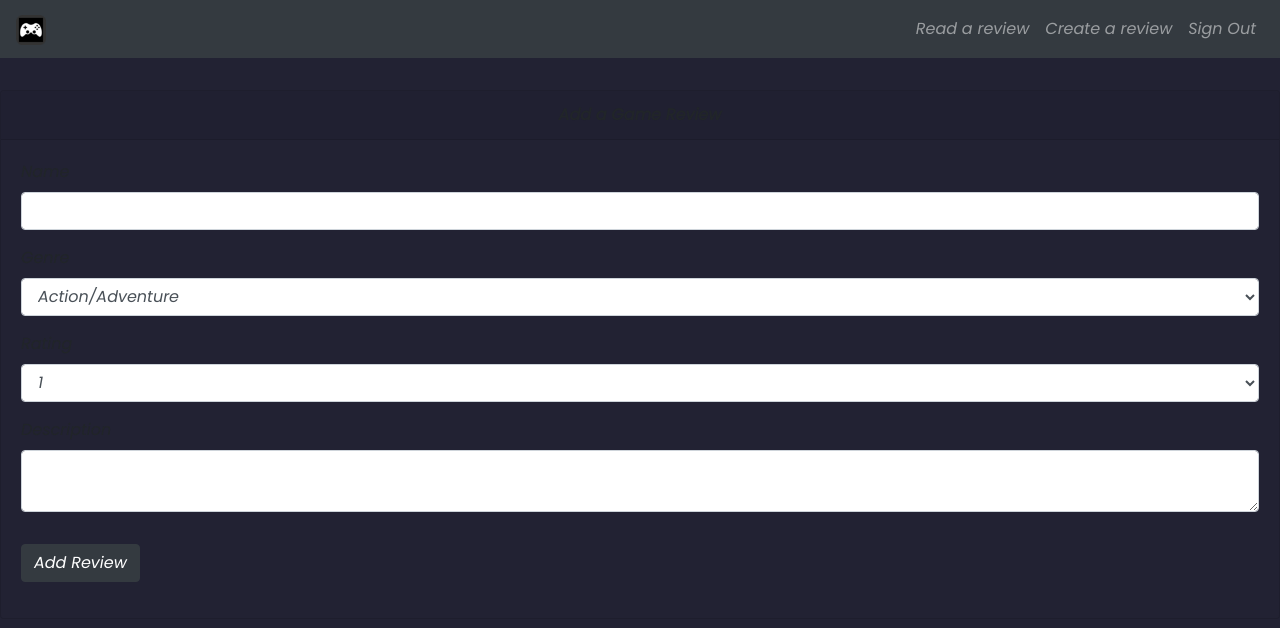
Repository: amit238/milestone-project-3
Page: http://localhost/addreview
The author's editor kept a record of every edit. The page is drawn from the files as they stood at one moment, then again after the next edit.
The browser window is 1280 px wide. The pictures show the whole page.
Some web libraries are served in a nearby version. The page is served by the project's application, run on Flask 3 (app.py). The session is filled in as if someone had signed in: {"username": "testuser", "logged_in": true}.

Above is the page before.

### templates/addreview.html
{% extends 'base.html'%} {% block content %}

<div class="card mb-4 form-bg thick-border">
    <div class="card-header center-header"><span class="review-title"><strong>Add a Game Review</strong></span></div>
    <div class="card-body">
        <div class="row">
            <div class="col-12">
                <!--wtform to add new review to the db-->
                <form method="POST" action="">
                    {{ form.hidden_tag() }}
                    <fieldset class="form-group">

                        <div class="form-group">
                            {{ form.name.label(class="form-control-label") }}
                            {% if form.name.errors %}<!--checking for invalid input and message user-->
                            {{ form.name(class="form-control form-control is-invalid") }}
                            <div class="invalid-feedback">
                                {% for error in form.name.errors %}
                                <span>{{ error }}</span>
                                {% endfor %}
                            </div>
                            {% else %}
                            {{ form.name(class="form-control form-control") }}
                            {% endif %}
                        </div>

                        <div class="form-group">
                                {{ form.genre.label(class="form-control-label") }}
                                {% if form.genre.errors %}
                                {{ form.genre(class="form-control form-control is-invalid") }}
                                <div class="invalid-feedback"><!--checking for invalid input and message user-->
                                    {% for error in form.genre.errors %}
                                    <span>{{ error }}</span>
                                    {% endfor %}
                                </div>
                                {% else %}
                                {{ form.genre(class="form-control form-control") }}
                                {% endif %}
                            </div>

                            <div class="form-group">
                                {{ form.rating.label(class="form-control-label") }}
                                {% if form.rating.errors %}
                                {{ form.rating(class="form-control form-control is-invalid") }}
                                <div class="invalid-feedback"><!--checking for invalid input and message user-->
                                    {% for error in form.rating.errors %}
                                    <span>{{ error }}</span>
                                    {% endfor %}
                                </div>
                                {% else %}
                                {{ form.rating(class="form-control form-control") }}
                                {% endif %}
                            </div>

                             <div class="form-group">
                                {{ form.description.label(class="form-control-label") }}
                                {% if form.description.errors %}
                                {{ form.description(class="form-control form-control is-invalid") }}
                                <div class="invalid-feedback"><!--checking for invalid input and message user-->
                                    {% for error in form.description.errors %}
                                    <span>{{ error }}</span>
                                    {% endfor %}
                                </div>
                                {% else %}
                                {{ form.description(class="form-control form-control") }}
                                {% endif %}
                            </div>

                    </fieldset>
                    <div class="form-group"><!--submitting new review form-->
                        {{ form.submit_add(class="btn btn-dark") }}
                    </div>
                </form>


            </div>

        </div>

    </div>
</div>

{% endblock %}

### templates/base.html
<!DOCTYPE html>
<html lang="en">

<head>
  <meta charset="UTF-8">
  <meta name="viewport" content="width=device-width, initial-scale=1.0">
  <meta http-equiv="X-UA-Compatible" content="ie=edge"> {% if title %}
  <title>GameScan - {{ title }} </title>
  {% else %}
  <title>Welcome to GameScan!</title>
  {% endif %}
  <link rel="stylesheet" href="https://maxcdn.bootstrapcdn.com/bootstrap/4.2.1/css/bootstrap.min.css" type="text/css" />
  <link rel="stylesheet" href="https://use.fontawesome.com/releases/v5.0.10/css/all.css" integrity="sha384-+d0P83n9kaQMCwj8F4RJB66tzIwOKmrdb46+porD/OvrJ+37WqIM7UoBtwHO6Nlg" crossorigin="anonymous">
  <link href="https://fonts.googleapis.com/css2?family=Poppins:ital@1&display=swap" rel="stylesheet">
  <link rel="stylesheet" href="{{url_for('static', filename='css/style.css')}}" type="text/css" />
  <link rel="shortcut icon" type="image/ico" href="{{ url_for('static', filename='img/favicon.ico') }}" />
</head>

<body>
  <header>
    <nav class="navbar navbar-expand-lg navbar-dark bg-dark ">
      <a class="navbar-brand" href="{{ url_for('index') }}">
       <img src="{{ url_for('static', filename='img/favicon.ico') }}" width="30" height="30" alt="">
  </a>
      <button class="navbar-toggler" type="button" data-toggle="collapse" data-target="#navbarNavAltMarkup" aria-controls="navbarNavAltMarkup" aria-expanded="false" aria-label="Toggle navigation">
    <span class="navbar-toggler-icon"></span>
  </button>
      <div class="collapse navbar-collapse" id="navbarNavAltMarkup">
        <div class="navbar-nav ml-auto">
          {% if session['logged_in'] == True %}
          <a class="nav-item nav-link" href="{{ url_for('reviews') }}">Read a review</a>
          <a class="nav-item nav-link" href="{{ url_for('addreview') }}">Create a review</a>
          <a class="nav-item nav-link" href="{{ url_for('logout') }}">Sign Out</a>
          {% else %}
          <a class="nav-item nav-link" href="{{ url_for('reviews') }}">Read a review</a>
          <a class="nav-item nav-link" href="{{ url_for('register') }}">Register</a>
          <a class="nav-item nav-link" href="{{ url_for('login') }}">Log in</a>
          {% endif %}
        </div>
      </div>
    </nav>
    {% block content %} {% endblock %}
  </header>
  <script src="https://code.jquery.com/jquery-3.5.1.js" integrity="sha256-QWo7LDvxbWT2tbbQ97B53yJnYU3WhH/C8ycbRAkjPDc=" crossorigin="anonymous"></script>
  <script src="https://cdnjs.cloudflare.com/ajax/libs/popper.js/1.14.6/umd/popper.min.js" integrity="sha384-wHAiFfRlMFy6i5SRaxvfOCifBUQy1xHdJ/yoi7FRNXMRBu5WHdZYu1hA6ZOblgut" crossorigin="anonymous"></script>
  <script src="https://stackpath.bootstrapcdn.com/bootstrap/4.2.1/js/bootstrap.min.js" integrity="sha384-B0UglyR+jN6CkvvICOB2joaf5I4l3gm9GU6Hc1og6Ls7i6U/mkkaduKaBhlAXv9k" crossorigin="anonymous"></script>
</body>

</html>

### app.py
import os
if os.path.exists("env.py"):
  import env
from flask import Flask, render_template, redirect, request, url_for, flash, session
from forms import LoginForm, RegisterForm, ReviewGameForm
from flask_pymongo import PyMongo
from bson.objectid import ObjectId
import bcrypt

app = Flask(__name__)
app.config["MONGO_DBNAME"] = 'game_scan'
app.config["MONGO_URI"] = os.environ.get('MONGO_URI')

mongo = PyMongo(app)

SECRET_KEY = os.urandom(32)
app.config['SECRET_KEY'] = SECRET_KEY



@app.route('/reviews')
def reviews():
    return render_template('reviews.html', title="Read a review!", game_reviews=mongo.db.game_reviews.find())







@app.route('/')
def index():
    return render_template('index.html', title="Home")






# Adding Log in

@app.route('/login', methods=['GET', 'POST'])
def login():
    """Login handler"""
    if session.get('logged_in'):
        if session['logged_in'] is True:
            return redirect(url_for('index', title="Log In"))

    form = LoginForm()

    if form.validate_on_submit():
        # get all users
        users = mongo.db.users
        # try and get one with same name as entered
        db_user = users.find_one({'name': request.form['username']})

        if db_user:
            # check password using hashing
            if bcrypt.hashpw(request.form['password'].encode('utf-8'),
                             db_user['password']) == db_user['password']:
                session['username'] = request.form['username']
                session['logged_in'] = True
                # successful redirect to home logged in
                return redirect(url_for('index', title="Sign In", form=form))
            # must have failed set flash message
            flash('Invalid username/password combination')
    return render_template("login.html", title="Sign In", form=form)





@app.route('/logout')
def logout():
    """Clears session and redirects to home"""
    session.clear()
    return redirect(url_for('index'))





# Adding in Register form

@app.route('/register', methods=['GET', 'POST'])
def register():
    """Handles registration functionality"""
    form = RegisterForm(request.form)
    if form.validate_on_submit():
        # get all the users
        users = mongo.db.users
        # see if we already have the entered username
        existing_user = users.find_one({'name': request.form['username']})

        if existing_user is None:
            # hash the entered password
            hash_pass = bcrypt.hashpw(request.form['password'].encode('utf-8'), bcrypt.gensalt())
            # insert the user to DB
            users.insert_one({'name': request.form['username'],
                          'password': hash_pass,
                          'email': request.form['email']})
            session['username'] = request.form['username']
            return redirect(url_for('index'))
        # duplcate username set flash message and reload page
        flash('Sorry, that username is already taken - use another')
        return redirect(url_for('register'))
    return render_template('register.html', title='Register', form=form)





# Adding a review

@app.route('/addreview', methods=['GET', 'POST'])
def addreview():

   # If user is not logged in a message will appear

    if 'logged_in' not in session:
        flash('To add a review you need to sign in', 'warning')
        return redirect(url_for('login'))

   # If form submits successfully

    form = ReviewGameForm(request.form)
    if request.method == 'POST':
        game_reviews=mongo.db.game_reviews
        print('inside')
        print('rating:' + request.form['rating'])
        # import pdb; pdb.set_trace()
        # add form content to db as a new record
        game_reviews.insert_one({
            'user_created': session['username'],
            'name': request.form['name'],
            'genre': request.form['genre'],
            'rating': request.form['rating'],
            'description': request.form['description'],
            })

        flash('Your Review has been added ', 'success')

        # send to my reviews template on successful add
        return redirect(url_for('reviews'))

    return render_template('addreview.html', form=form,
                           title='Add a Review')





# Editing a review

@app.route('/editreview/<id>', methods=['GET', 'POST'])
def edit_review(id):

    # Users can edit a review if logged in

    if 'logged_in' not in session:
        # if a user trys to go to edit review without been logged in

        flash('You will need to log in to edit a review', 'warning')
        return redirect(url_for('login'))  # sending to log in

    one_review = mongo.db.game_reviews.find_one({'_id': ObjectId(id)})
    # retrieving record from db

    # if a user trys to go to edit review that they don't own
    if one_review['username'] != session['username']:
        flash('You do  not own this review and cannot edit it. ',
              'warning')
        return redirect(url_for('login'))  # sending to log in

    form = ReviewGameForm(data=one_review)

    if form.validate_on_submit():  # if form submits successfully
        game_reviews = mongo.db.game_reviews


        # add form content to db as a new record
        game_reviews.update_one({'_id': ObjectId(id)}, {'$set': {
            'name': request.form['name'],
            'genre': request.form['genre'],
            'rating': request.form['rating'],
            'description': request.form['description'],
            }})

        flash('Your review has been updated!', 'success')

        # send to my review template on successful addupdate
        return redirect(url_for('reviews', id=id))

    return render_template('editreview.html', form=form,
                           title='Edit a  Review')






if __name__ == '__main__':
    app.run(host=os.environ.get('IP'),
            port=int(os.environ.get('PORT')),
            debug=True)

### forms.py
from flask_wtf import FlaskForm
from wtforms import StringField, PasswordField, BooleanField, SubmitField, TextAreaField, SelectField
from wtforms.validators import DataRequired, Length, EqualTo, Email


class LoginForm(FlaskForm):
    username = StringField('Username', validators=[DataRequired()])
    password = PasswordField('Password', validators=[DataRequired()])
    remember_me = BooleanField('Remember Me')
    submit = SubmitField('Sign In')


class RegisterForm(FlaskForm):
    username = StringField('Username', validators=[DataRequired(),
                                                   Length(min=4, max=20)])
    password = PasswordField('Password',
                             validators=[DataRequired(),
                                         EqualTo('password2', message='Passwords must match')])
    password2 = PasswordField('Repeat Password')
    email = StringField('Email Address', validators=[Length(min=6, max=35), Email()])
    remember_me = BooleanField('Remember Me')
    submit = SubmitField('Register')


class ReviewGameForm(FlaskForm):

    user_created = StringField('User Created', validators=[DataRequired(), Length(min=1, max=100)])

    name = StringField('Name', validators=[DataRequired(),Length(min=1, max=150)])

    genre = SelectField(u'Genre', choices=[
        ('action/adventure', 'Action/Adventure'),
        ('sports', 'Sports'),
        ('shooters', 'Shooters'),
        ('role-playing', 'Role-Playing'),
        ('racing', 'Racing'),
        ])

    rating = SelectField(u'Rating', choices=[
        ('1', '1'),
        ('2', '2'),
        ('3', '3'),
        ('4', '4'),
        ('5', '5'),
        ('6', '6'),
        ('7', '7'),
        ('8', '8'),
        ('9', '9'),
        ('10', '10'),
        ])

    description = TextAreaField('Description', validators=[DataRequired(), Length(min=2, max=1500)])

    submit_add = SubmitField('Add Review')
    submit_edit = SubmitField('Update Review')

### static/css/style.css
html {
  font-size: 100%;
}

body {
  padding: 0;
  margin: 0;
  background-color: #222233;
  font-family: 'Poppins', sans-serif;
  ;
}

/*----Navbar----*/

/*----Homepage----*/

.padding-text-align {
  padding-top: 5em;
  text-align: center;
}

.homepage-card {
  font-size: large;
  background-color: rgba(34, 34, 51, 0.5);
  border-radius: 2em;
  animation: fade-cards-in 2s ease-out;
  margin-bottom: 5px;
  color: #AACCFF
}

@keyframes fade-cards-in {
  0% {
    opacity: .5;
    transform: translateY(30px);
  }
  80% {
    transform: translateY(3px);
  }
  100% {
    opacity: 1;
    transform: translate(0);
  }
}

.background {
  background-image: url('../img/night.jpg');
  background-color: #222233;
  background-size: cover;
  background-repeat: no-repeat;
  height: 100vh;
}

.homepage {
  padding-top: 15em;
  text-align: center;
}

/*----Add Review----*/
/*-some css also in reviews.html to stop repeating-*/

.form-bg {
  background-color: #222233;
  margin-top: 2em;
}

.form-text {
  color: #AACCFF;
  font-size: large;
}

.form-btn {
  text-align: center;
  background-color: #222233;
}
.center-header {
  text-align: center;
}


/*----Register----*/

/*-also login-*/

.color-center {
  color: #AACCFF;
  text-align: center;
}

.padding-top {
  padding-top: 1em;
}


.border-box {
  border-radius: 1rem;
}

After the next edit:
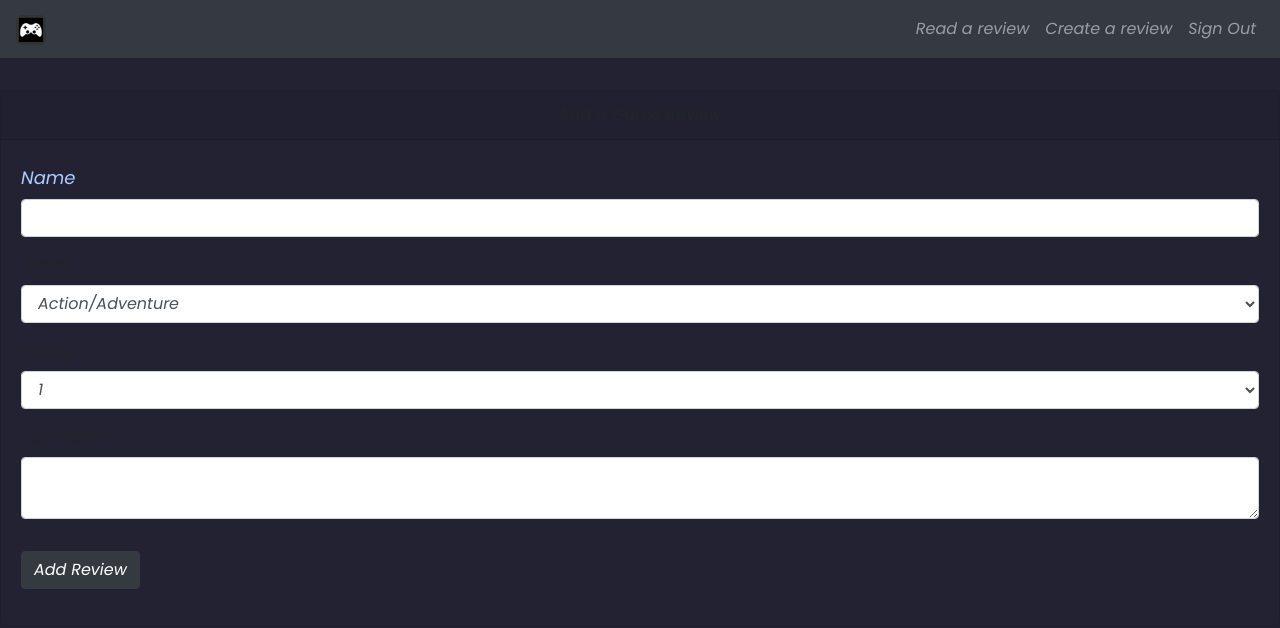
The edit:
--- a/templates/addreview.html
+++ b/templates/addreview.html
@@ -10,7 +10,7 @@
                     {{ form.hidden_tag() }}
                     <fieldset class="form-group">
 
-                        <div class="form-group">
+                        <div class="form-group form-text">
                             {{ form.name.label(class="form-control-label") }}
                             {% if form.name.errors %}<!--checking for invalid input and message user-->
                             {{ form.name(class="form-control form-control is-invalid") }}
